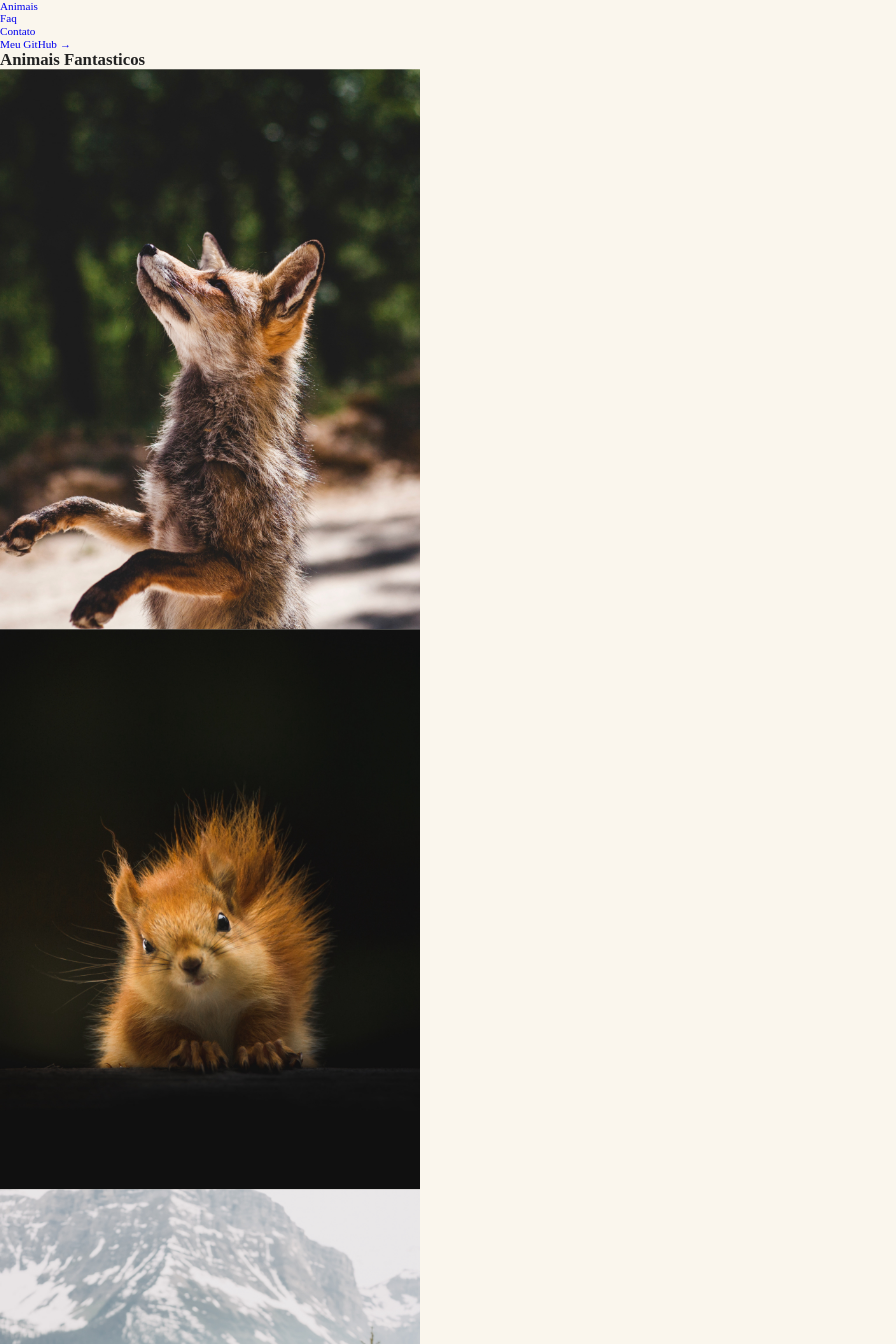
Repository: meiotera/animaisPagina
Page: index.html
These files come from the project's save history. The page is drawn as it stood at one moment and after the next save; the edit follows.
The browser window is 1280 px wide. The pictures show the part of the page from y = 0 to 1920 px (the page is 7939 px tall before and 7255 px after), at 70% of full size.

Above is the page before, as saved 2025-05-02 09:42:58.

After the next save:
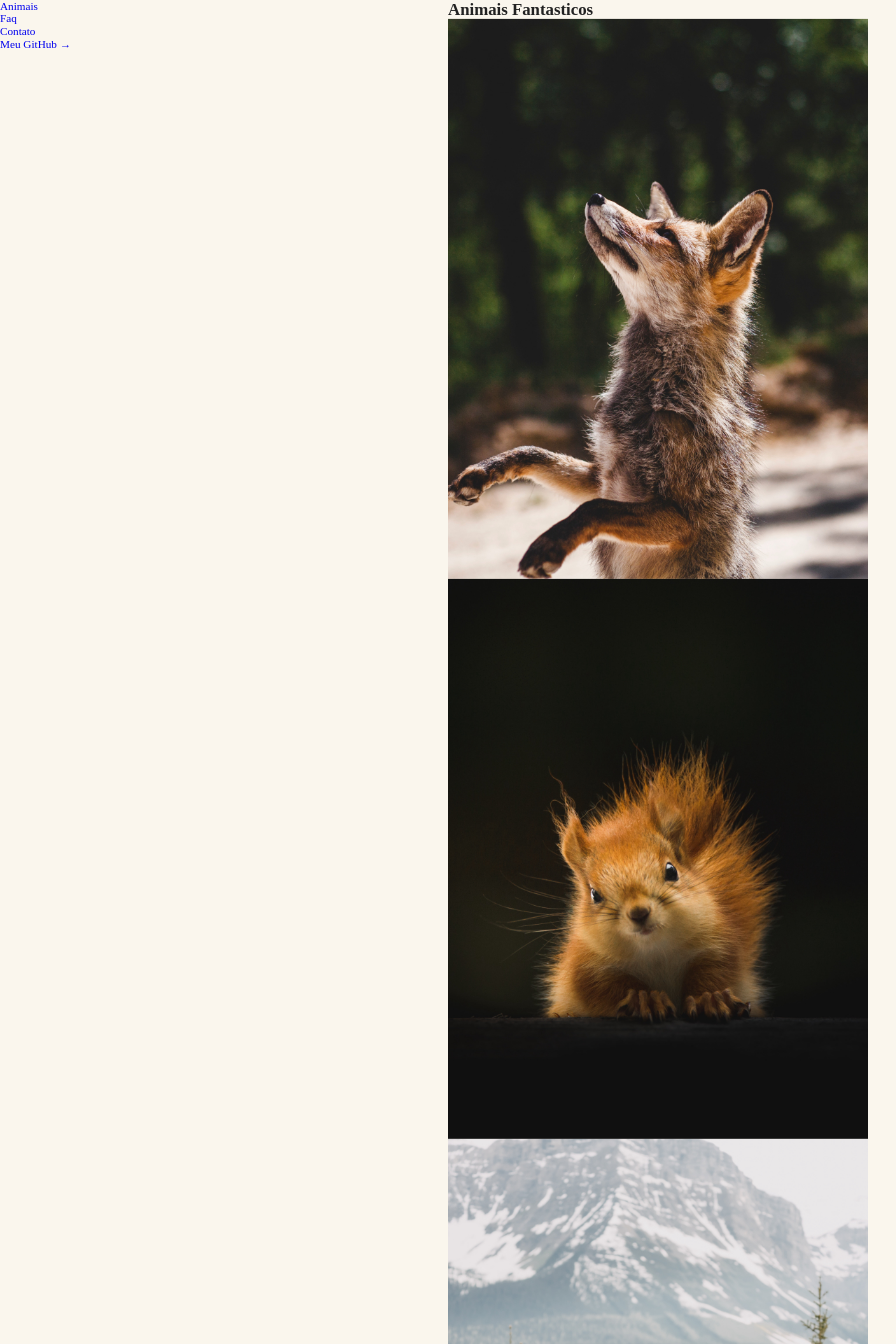
Saved 101 s later.
--- a/css/style.css
+++ b/css/style.css
@@ -23,4 +23,6 @@
 body {
   background-color: #faf6ed;
   color: #222;
+  display: grid;
+  grid-template-columns: 1fr 1fr;
 }
